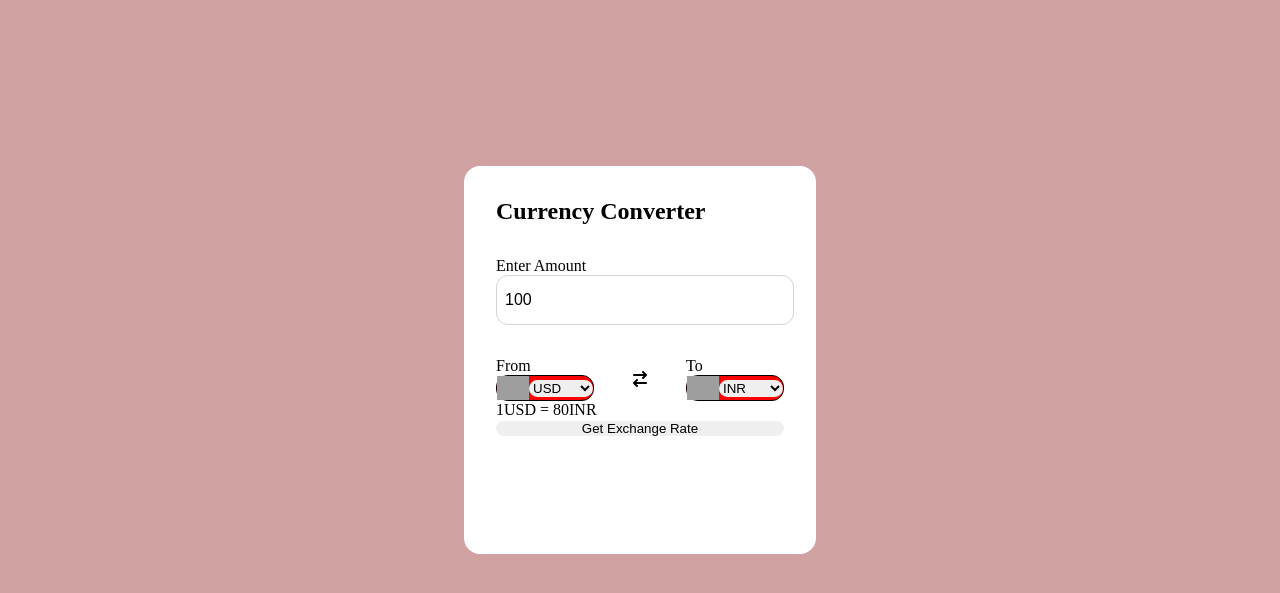
Repository: Chiranshukapil/Currency-Converter
Page: index.html
An editor plug-in stored every save of this project. The page is shown before and after a run of saves, followed by the edit.
The browser window is 1280 px wide. The pictures show the whole page.
Pictures or frames that could not be fetched are drawn as grey boxes.

Above is the page before, as saved 2024-07-01 04:29:52.

### index.html
<!DOCTYPE html>
<html lang="en">
<head>
    <meta charset="UTF-8">
    <meta name="viewport" content="width=device-width, initial-scale=1.0">
    <title>Currency Converter</title>
    <link rel="stylesheet" href="style.css">
    <link rel="stylesheet" href="https://cdnjs.cloudflare.com/ajax/libs/font-awesome/6.5.2/css/all.min.css" integrity="sha512-SnH5WK+bZxgPHs44uWIX+LLJAJ9/2PkPKZ5QiAj6Ta86w+fsb2TkcmfRyVX3pBnMFcV7oQPJkl9QevSCWr3W6A==" crossorigin="anonymous" referrerpolicy="no-referrer" />
</head>
<body>
    <div class="container">
        <h2>Currency Converter</h2>
        <form>
            <div class="amount">
                <p>Enter Amount</p>
                <input value="100" type="text">
            </div>
            <div class="dropdown">
                <div class="from">
                    <p>From</p>
                    <div class="select-container">
                        <img src="https://flagsapi.com/US/flat/64.png">
                        <select name="from">
                            <option value="USD">USD</option>
                            <option value="INR">INR</option>
                            <option value="EUR">EUR</option>
                            <option value="AUD">AUD</option>
                        </select>
                    </div>
                </div>
                <i class="fa-solid fa-arrow-right-arrow-left"></i>
                <div class="to">
                    <p>To</p>
                    <div class="select-container">
                        <img src="https://flagsapi.com/IN/flat/64.png">
                        <select name="to">
                            <option value="USD">USD</option>
                            <option value="INR" selected>INR</option>
                            <option value="EUR">EUR</option>
                            <option value="AUD">AUD</option>
                        </select>
                    </div>
                </div>
            </div>
            <div class="msg">1USD = 80INR</div>
            <button>Get Exchange Rate</button>
        </form>
    </div>



    <script src="script.js"></script>
</body>
</html>

### style.css
*{
    margin: 0;
    padding: 0;
}

html,body{
    height: 100%;
    width: 100%;
    display: flex;
    flex-direction: column;
    align-items: center;
    justify-content: center;
    background-color: rgb(207, 161, 161);
}
.container{
    /* display: flex;
    flex-direction: column;
    text-align: center;
    align-items: center;
    justify-content: center; */
    background-color: white;
    padding: 2rem;
    border-radius: 1rem;
    min-height: 45vh;
    width: 40vh;
}

form{
    margin: 2rem 0 1rem 0;
}

form select,button,input{
    width: 100%;
    border: none;
    outline: none;
    border-radius: 0.75rem;
}

form input{
    border: 1px solid lightgray;
    font-size: 1rem;
    height: 3rem;
    padding-left: 0.5rem;
}

.dropdown{
    display: flex;
    justify-content: space-between;
    align-items: center;
    margin-top: 2rem;
}

.select-container img{
    max-width: 2rem;
}

.select-container{
    display: flex;
    justify-content: center;
    align-items: center;
    width: 6rem;
    border-radius: 0.75rem;
    border: 1px solid ;
    background-color: red;
}

Loaded but not shown: script.js (no copy from this time; the picture is the same without it)

After the next 2 saves:
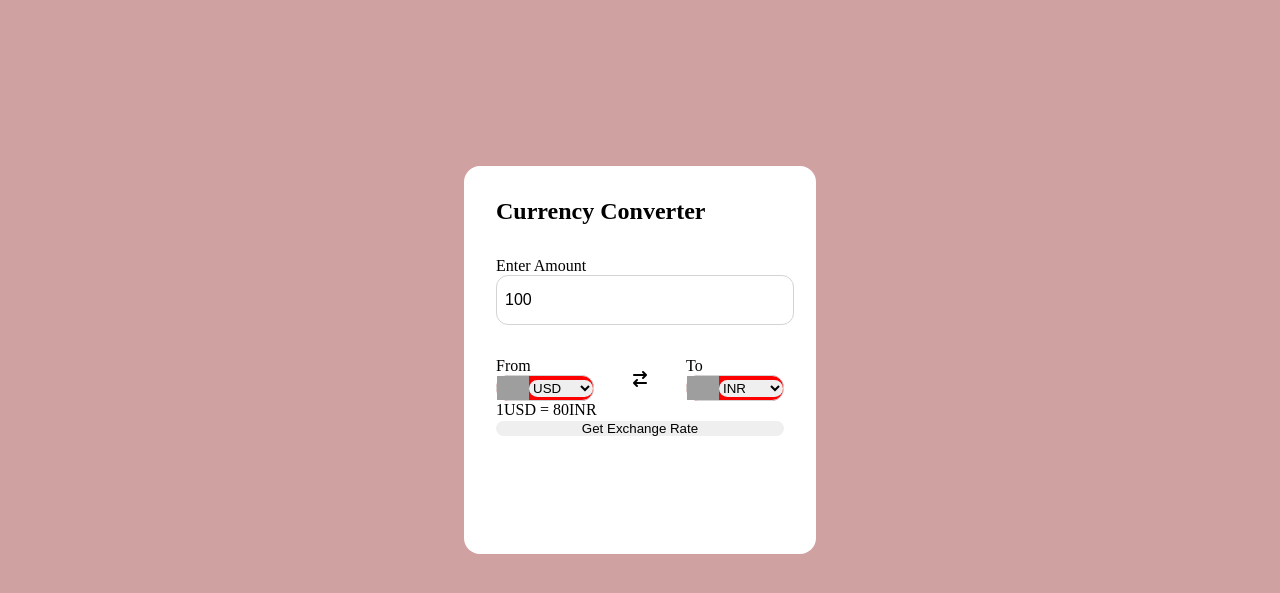
The 2 saves are shown as one change because they came seconds apart.
The last was saved 10 s later.
--- a/style.css
+++ b/style.css
@@ -60,6 +60,6 @@ form input{
     align-items: center;
     width: 6rem;
     border-radius: 0.75rem;
-    border: 1px solid ;
+    border: 1px solid lightgray;
     background-color: red;
 }
